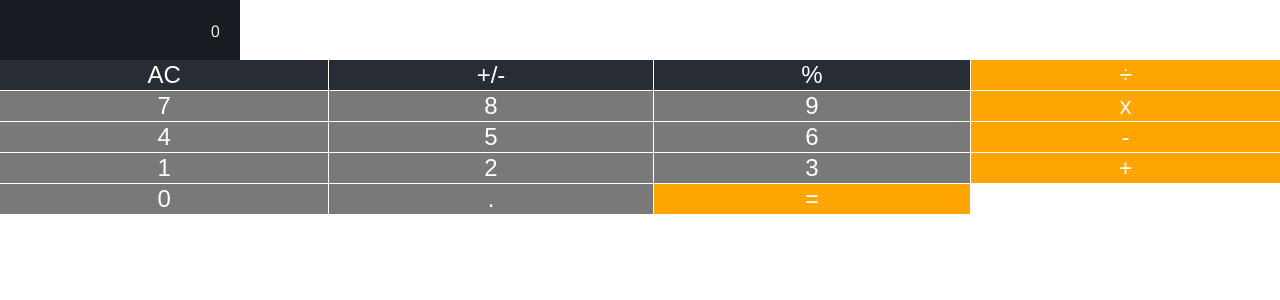
Repository: catsarenotreal/CalculatorWebApp
Page: /
An editor plug-in stored every save of this project. The page is shown before and after the next save, followed by the edit.
The browser window is 1280 px wide. The pictures show the whole page.
The project was rebuilt for these pictures with package versions that can differ from the ones it lists, and the page was loaded fresh each time.

Above is the page before, as saved 2024-08-26 14:53:01.

After the next save:
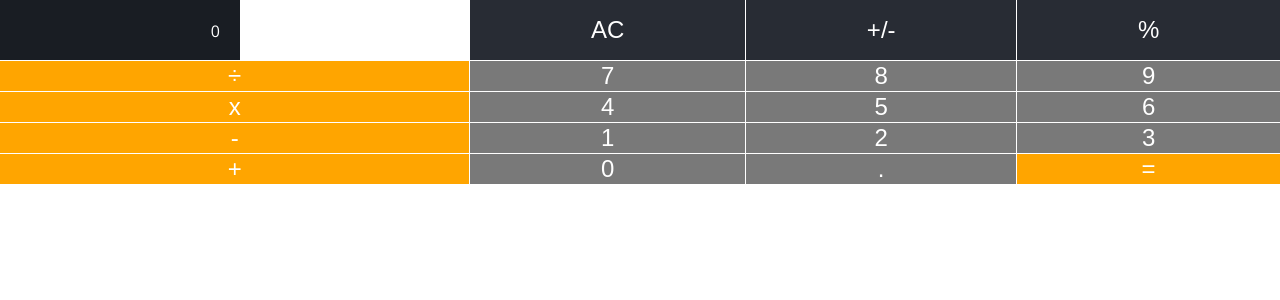
Saved 23 min 14 s later.
--- a/src/App.tsx
+++ b/src/App.tsx
@@ -204,11 +204,12 @@ export default function Calc() {
   // startWithRefresh(setACDis);
   return (
     <div>
-      <div className = "row">
+      {/* <div className = "row">
         <div className= "DisplayScreen">{`${(display)}`}</div>
-      </div>
+      </div> */}
       <div className = "wrapper">
       {/* <div className = "row"> */}
+        <div className= "DisplayScreen">{`${(display)}`}</div>
         <Buttons val={setAC ? "AC" : "C"} colour = 'darkgrey' setDisplay = {setDisplay} />
         <Buttons val={'+/-'} colour = 'darkgrey' setDisplay = {setDisplay}/>
         <Buttons val={'%'} colour = 'darkgrey' setDisplay = {setDisplay} / >
